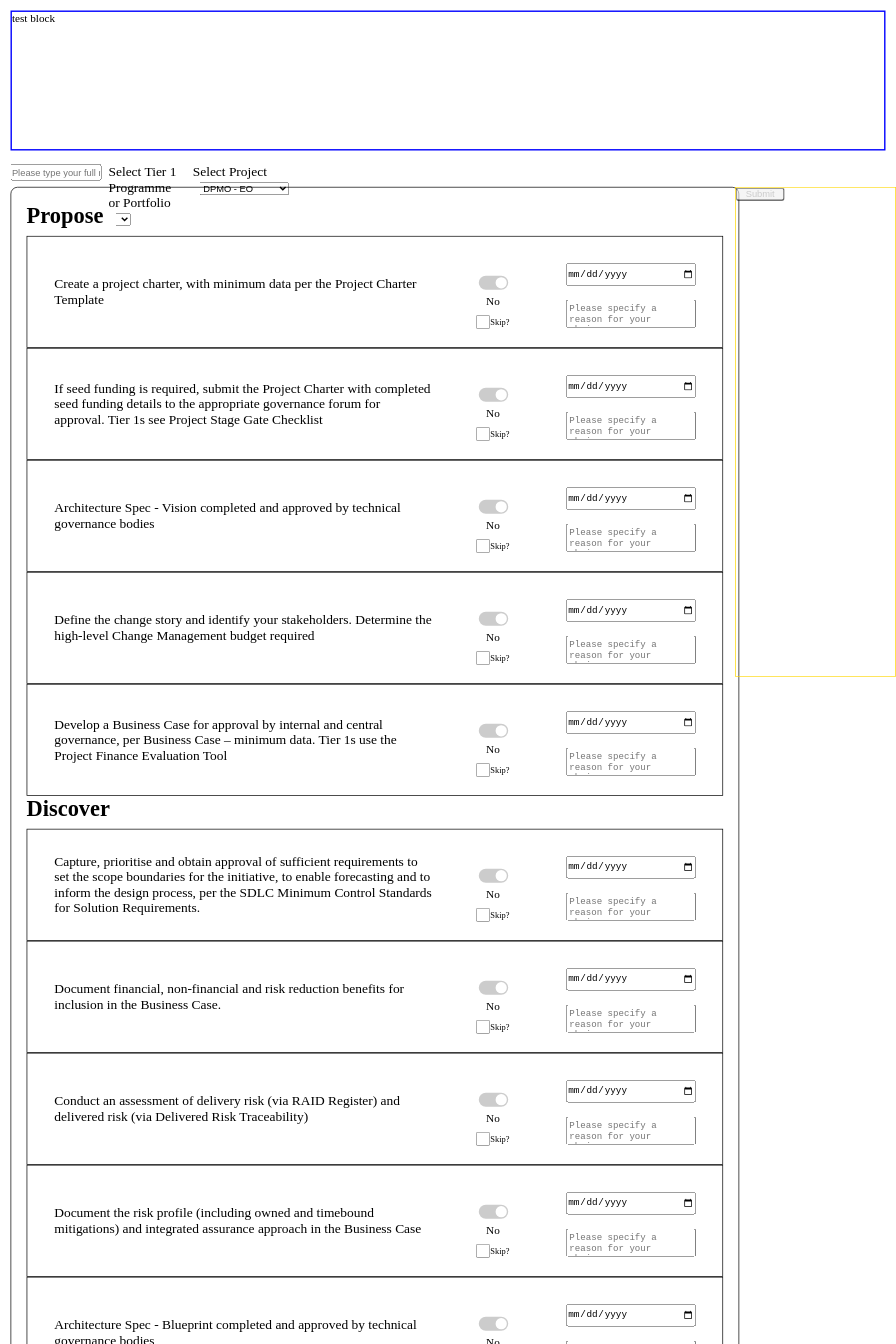
Repository: I-Alpha/JQuery-Html-form
Page: Project-form.html
These files come from the project's save history. The page is drawn as it stood at one moment and after the next save; the edit follows.
The browser window is 1280 px wide. The pictures show the part of the page from y = 0 to 1920 px (the page is 8699 px tall), at 70% of full size.

Above is the page before, as saved 2020-10-27 00:57:44.

### Project-form.html
<!DOCTYPE html>
<html lang="en">

<head>
    <meta charset="UTF-8">
    <meta name="viewport" content="width=device-width, initial-scale=1.0">
    <link rel="preload" type="fetch" id="Excelfile" name="Excelfile" value="QuestionData.xlsx" />
    <script src="https://ajax.googleapis.com/ajax/libs/jquery/3.5.1/jquery.min.js"></script>
    <script src="https://cdnjs.cloudflare.com/ajax/libs/xlsx/0.14.5/xlsx.full.min.js"></script>
    <script src="https://cdnjs.cloudflare.com/ajax/libs/babel-polyfill/6.26.0/polyfill.js"></script>
    <script src="https://cdnjs.cloudflare.com/ajax/libs/xlsx/0.8.0/jszip.js"></script>
    <script src="https://cdnjs.cloudflare.com/ajax/libs/xlsx/0.8.0/xlsx.js"></script>
    <script src="main.js"></script>
    <link rel="stylesheet" href="main.css" />
    </style>
    <title>Document</title>
</head>

<body style=" display:flex; flex-direction: column; padding: 15px">
    <div id="testblock" name="testblock" style="border:2px solid blue; width: 100%; min-height:200px">test block</div>


    <div id="mainwrapper" style="justify-content: center;">
        <div id="preBar" class="container">
            <div id="formControl" class="container">    <input type= "text" id= "fullname" class= "required" placeholder="Please type your full name"></input>
                <label for="selectPorfolio">Select Tier 1 Programme or Portfolio
                    <select name="selectPorfolio" id="selectPorfolio" style=" margin :0 0 0 10px; max-width:8rem;"
                        placeholder="Select Portfolio"></select></label>
                <label for="selectProject">Select Project
                    <select name="selectProject" id="selectProject" style=" margin :0 0 0 10px; max-width:8rem; "
                        placeholder="Select Portfolio"></select></label>
            </div>

        </div>
        <div id="formContainer" class="container">
            <div id="wrapper">
                <form id="form1">

                    <table class="hidden">
                        <tr>
                            <td colspan=4 class="questCol">
                                <label class="questionLabel" for="mainCheck"></label>
                            </td>
                            <td colspan=1 class="inputCol">
                                <span class="inputContainer">
                                    <span class="mainCheckContainer" style=" display:flex; flex-direction: column;">
                                        <label class="switch">
                                            <input class="mainCheck" type="checkbox" checked>
                                            <span class="slider  round"></span>
                                        </label>
                                        <p for="mainCheck" class="mainChoice" data-val="Yes">No</p>
                                    </span>
                                    <span class="skipContainer" style="left : 6px; display:flex; ">
                                        <input class="skipCheck" type="checkbox">
                                        <p class="skipChoice">Skip?</p>
                                    </span>

                                </span>
                            </td>
                            <td colspan=2 class="altCol">
                                <input type="date" min="getDate()">
                                <textarea type="text"
                                    placeholder="Please specify a reason for your choice...."></textarea>
                            </td>
                        </tr>
                    </table>

                </form>
            </div><div></div>
            <div id= "progressBar"  style ="border : 1px solid gold ; width :230px; right: 0;  position: fixed; height: 700px">
            <button style="order:1; margin:0;" class = "disabled"id="submitbtn" type="submit" form="form1" value="Submit">Submit</button>
        </div>
        </div>

    </div>

</body>

</html>

### main.css

    * {
        box-sizing: border-box;
        margin: 0;
        padding: 0;
        color: black;

    }

    html {
        width: 100%;
        height: 100%;

    }


    label{
        font-size:.9rem;
       }

    body {
        width: 100%;
        height: 100%;
        display: flex;
        position: relative;
        flex-direction: column;
    }

    .hidden{
    display:none;
    visibility: none;
    opacity: 0;
   position:absolute;
    }
    .center {

        text-align: center;
    }

    .container {
        display: flex;
        position: relative;
    }


    h1 {
        margin-bottom: 10px;
    }

    #wrapper {
        border: solid 1px black;
        border-radius: 10px;
        padding: 20px;
        margin-bottom: 10px;

    }

    #mainwrapper{
        max-width: 98%;
    }
    p {
        color: black;
        font-size: 1rem;
        height: auto;
        width: auto;
    }

 .disabled{
     opacity: 60%;
     color:darkgray;
     pointer-events: none;
 }
  form{
      width:100%;
      height : auto;
  }

    .skipContainer {
        position: relative;
        align-items: center;
        left: 0;
        display: flex;
        margin-top: 10px;
    }

    .skipCheck {
        width: 20px;
        height: 20px;

    }

    .skipChoice {font-size: 12px;}


    .skipChoice,
    .skipCheck {
        position: relative;
        left: -10px;
    }

    /* slider */
    .switch {
        position: relative;
        display: inline-block;
        width: 42px;
        height: 20px;
    }

    .switch input {
        opacity: 0;
        width: 0;
        height: 0;
    }

    .slider {
        position: absolute;
        cursor: pointer;
        top: 0;
        left: 0;
        right: 0;
        bottom: 0;
        background-color: #ccc;
        -webkit-transition: .4s;
        transition: .4s;
    }

    .slider:before {
        position: absolute;
        content: "";
        height: 16px;
        width: 16px;
        right:2px;
        bottom: 2px;
        background-color: white;
        -webkit-transition: .4s;
        transition: .4s;
    }

    .mainCheck:checked+.slider {
        background-color: #2196F3;
    }

    .mainCheck:focus+.slider {
        box-shadow: 0 0 1px #2196F3;
    }

    .mainCheck:checked+.slider:before {
        -webkit-transform: translateX(-23px);
        -ms-transform: translateX(-23px);
        transform: translateX(-23px);
    }

    /* Rounded sliders */
    .slider.round {
        border-radius: 34px;
    }

    .slider.round:before {
        border-radius: 50%;
    }

    /*end of slider section*/

    button {
        margin: 10px;
        width: 70px;
        border-radius: 4px;
    }

    td {
         display: flex;
         flex-direction: column;
    }
    td > *{
         padding : 5px 0;
    }


    tr{
        height:10rem;   border: 1px solid black;
        border-collapse: collapse;
}

tr::after{
    border: 1px solid green;
    height:1px;
    content: :" ";
    width: 100%;
    position: relative;
    display: block;
}

td.inputContainer {
    display: inline-block;
    height:100%;
}

td.inputCol{
    display:flex;
    position: relative;
    text-align: center;
    align-items:center;
    min-height:100%;

}

  .questCol textarea{

   padding:  2px  3px;
   display: block;
   position: relative;
   min-width: 95%;
}



/* iPads (portrait and landscape) ----------- */
@media only screen
and (min-device-width : 768px)
and (max-device-width : 1024px) {
/* Styles */
}

/* iPads (landscape) ----------- */
@media only screen
and (min-device-width : 768px)
and (max-device-width : 1024px)
and (orientation : landscape) {
/* Styles */
}

/* iPads (portrait) ----------- */
@media only screen
and (min-device-width : 768px)
and (max-device-width : 1024px)
and (orientation : portrait) {
/* Styles */
}

/* Desktops and laptops ----------- */
@media only screen
and (min-width : 1224px) {
/* Styles */

 label {
     font-size: 1.2rem;
 }

#wrapper{
     min-width: 85%;
     height:auto;
    }

    .inputContainer{

        position: relative;
        top:15px;
     }

    td.inputCol{
        position: absolute;
        vertical-align: middle;


    }

    td {
        position: relative;
        justify-content: center;
        padding:10px 15px;}

    .questCol{
        position: relative;
        padding-right: 5px;
        max-width:35rem;
    }

    td.altCol{
        position: relative;
        height: 100%;
    }
     textarea{
        resize: none;
        display: block;
        font-size: 13px;
        text-align: start;
        align-content: flex-start;
         width:100%;
         top:10px;
         position: relative;
         margin-top:10px;
         padding: 4px 4px;
         align-items: flex-start;
    }

     td.altCol input {
         width:100%;
     }

    tr{
        display: flex;
        flex-direction: row;
        border: 1px solid black;
        border-collapse: collapse;
        justify-content: space-around;

    }


  #preBar{
   display: grid;
   flex-direction: row;
   grid-template-columns: 1fr 2fr  ;
  grid-row:1 ;
  grid-column: 3;
   margin : 10px 0;
  }


  #preBar div{
 display: flex;
 height:2rem;

  }

  #radioBtnBox label{
    margin: 0 20px;
  }

  #radioBtnBox label input{
    margin: 0 10px;
  }
  #radioBtnBox{
    margin-left:90px;
    border:1px solid black;
    padding: 10px 0;
}

#formControl select{

    margin: 0px 10px 0  0;
}
#formControl label{
   margin:10px;
    align-items:center;

}

 #fullname{
     position: relative;
     max-height:1.5rem;
     bottom:-9.2px;
     width: 100%;

    }

#form1 {


    position: relative;
display: flex;
flex-direction: column;
}

table{
    width:100%;
}


.mainChoice {
    display: flex;
    margin-top: 8px;
    left:10px;
    position: relative;
}

#formContainer{


}

td.inputContainer {
    display: inline-block;
    height:100%;
}

td.inputCol{
    display:flex;
    position: relative;
    vertical-align: middle;
    text-align: center;
    align-items:center;
    min-height:100%;

}
}

/* Large screens ----------- */
@media only screen
and (min-width : 1824px) {
/* Styles */
}

/* iPhone 4 ----------- */
@media
only screen and (-webkit-min-device-pixel-ratio : 1.5),
only screen and (min-device-pixel-ratio : 1.5) {
/* Styles */
}

Loaded but not shown: main.js (514 lines, source omitted)

After the next save:
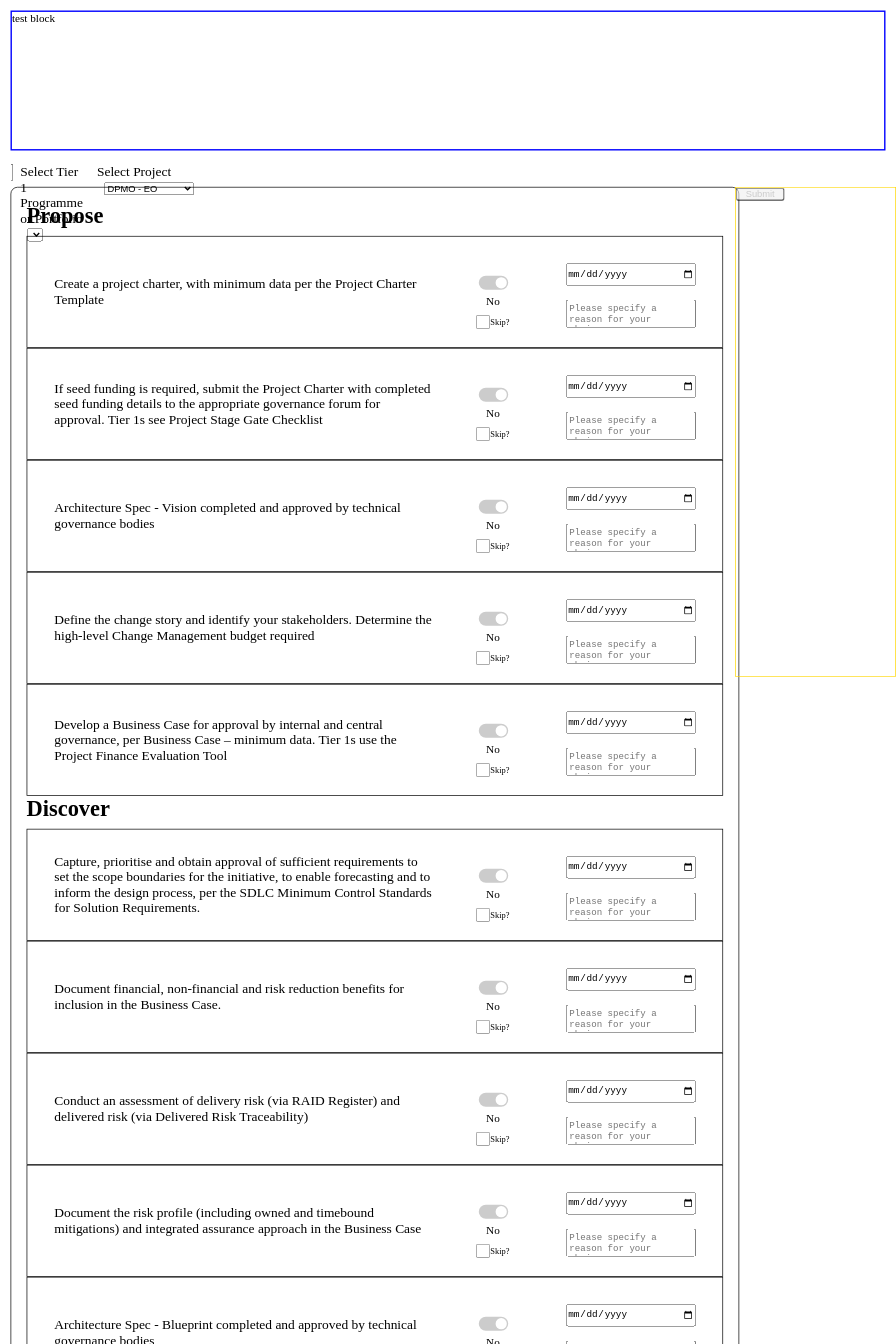
Saved 5 s later.
--- a/main.css
+++ b/main.css
@@ -310,7 +310,7 @@ and (min-width : 1224px) {
   #preBar{
    display: grid;
    flex-direction: row;
-   grid-template-columns: 1fr 2fr  ;
+   grid-template-columns: 1fr 2fr 2fr  ;
   grid-row:1 ;
   grid-column: 3;
    margin : 10px 0;
